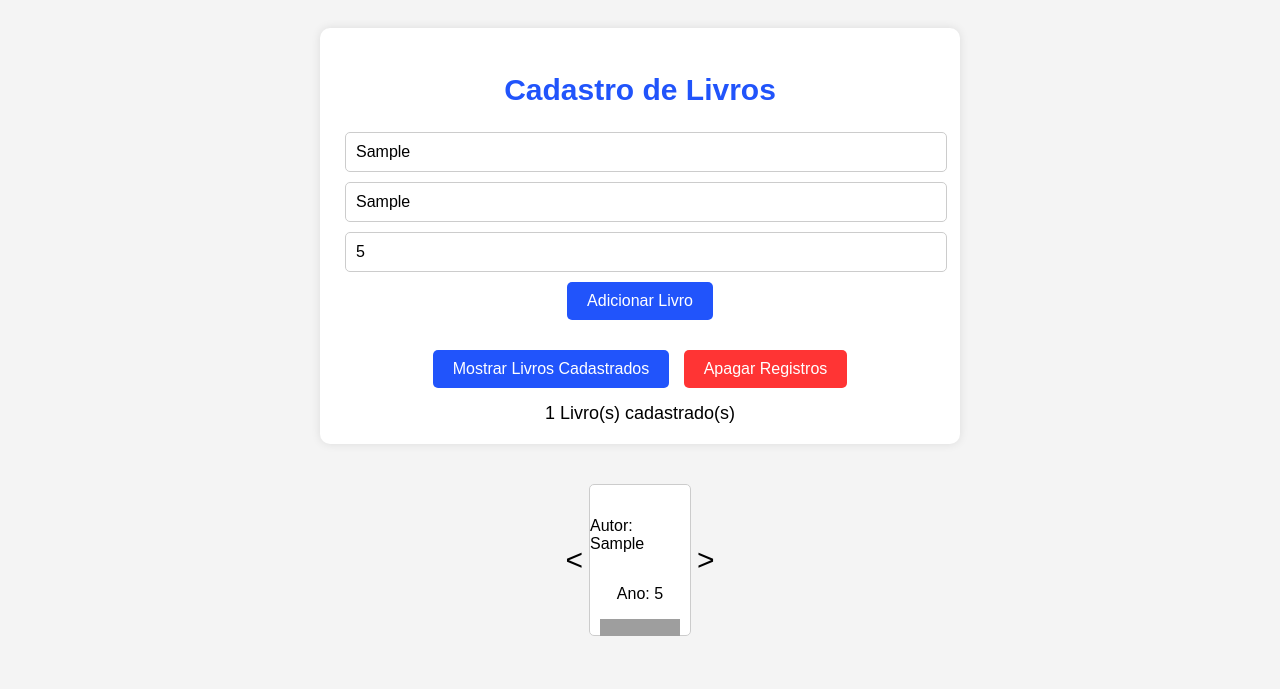
Repository: Matheus904-12/JS-BIN
Page: index.html
The author's editor kept a copy of each file at every save. The page is drawn from the files as they stood at one save, then again after the next save.
The browser window is 1280 px wide. The pictures show the whole page.
Empty fields were first filled with sample values (such as "Sample", 5 or name@example.com).
After loading, the first visible `#adicionar` was clicked once.
Pictures or frames that could not be fetched are drawn as grey boxes.

Above is the page before, as saved 2023-09-10 21:16:52.

### index.html
<!DOCTYPE html>
<html lang="pt-br">

<head>
    <meta charset="UTF-8">
    <meta name="viewport" content="width=device-width, initial-scale=1.0">
    <title>Biblioteca</title>
    <link rel="stylesheet" href="style.css">
</head>

<body>
    <section class="container">
        <h1 class="titulo">Cadastro de Livros</h1>
        <div class="formulario">
            <input class="input" id="nome" placeholder="Título do Livro" type="text">
            <input class="input" id="autor" placeholder="Autor" type="text">
            <input class="input" id="ano" placeholder="Ano de Publicação" type="number">
            <button class="botao" id="adicionar">Adicionar Livro</button>
        </div>
        <div class="botoes">
            <button class="botao" id="mostrar">Mostrar Livros Cadastrados</button>
            <button class="botao" id="remover">Apagar Registros</button>
        </div>
        <div id="information" class="informacao"></div>
    </section>

    <section class="carrossel">
        <button class="seta" id="ante">&lt;</button>
        <div id="livros" class="livros-box"></div>
        <button class="seta" id="prox">&gt;</button>
    </section>

    <script src="script.js"></script>
</body>

</html>

### style.css
/* Adicione este CSS ao seu arquivo style.css */

body {
    font-family: Arial, sans-serif;
    background-color: #f4f4f4;
    display: flex;
    flex-direction: column;
    align-items: center;
}

.container {
    background-color: #fff;
    border-radius: 10px;
    padding: 20px;
    margin: 20px;
    text-align: center;
    max-width: 600px;
    box-shadow: 0 0 10px rgba(0, 0, 0, 0.1);
}

.titulo {
    font-size: 30px;
    margin-bottom: 20px;
    color: #2154fb;
}

.formulario {
    margin-bottom: 20px;
}

.input {
    padding: 10px;
    margin: 5px;
    width: calc(100% - 20px);
    border: 1px solid #ccc;
    border-radius: 5px;
    font-size: 16px;
}

.botao {
    padding: 10px 20px;
    margin: 5px;
    border: none;
    border-radius: 5px;
    font-size: 16px;
    cursor: pointer;
}

.botao#adicionar {
    background-color: #2154fb;
    color: #fff;
}

.botao#mostrar {
    background-color: #2154fb;
    color: #fff;
}

.botao#remover {
    background-color: #ff3434;
    color: #fff;
}

.informacao {
    font-size: 18px;
    margin-top: 10px;
}

.carrossel {
    display: flex;
    align-items: center;
    margin-top: 20px;
}

.livros-box {
    display: flex;
    gap: 10px;
    overflow-x: auto;
}

.livro {
    width: 100px;
    height: 150px;
    background-color: #fff;
    border: 1px solid #ccc;
    border-radius: 5px;
    display: flex;
    flex-direction: column;
    justify-content: center;
    align-items: center;
}

.livro img {
    max-width: 80px;
    max-height: 100px;
    object-fit: cover;
}

.seta {
    font-size: 30px;
    background-color: transparent;
    border: none;
    cursor: pointer;
}

.seta:focus {
    outline: none;
}

### script.js
const ESTANTE = [];
const IMAGENS = [];

function cadastrar(titulo, autor, ano) {
    let livro = {
        tituloLivro: titulo,
        autorLivro: autor,
        anoPub: ano
    }
    ESTANTE.push(livro);
}

let addButton = document.getElementById('adicionar');
let showButton = document.getElementById('mostrar');
let removeButton = document.getElementById('remover');
let prevButton = document.getElementById('ante');
let nextButton = document.getElementById('prox');
let indice = 0;
let info = document.getElementById('information');

addButton.addEventListener("click", () => {
    let titulo = document.querySelector('#nome').value;
    let autor = document.querySelector('#autor').value;
    let ano = document.querySelector('#ano').value;
    cadastrar(titulo, autor, ano);
    let imgsGuardadas = ['img/img1.png', 'img/img2.png', 'img/img3.png'];
    IMAGENS.push(imgsGuardadas[indice]);
    let livrosBox = document.getElementById('livros');
    let novoLivro = document.createElement('div');
    novoLivro.classList.add('livro');
    novoLivro.innerHTML = `<h3>${titulo}</h3><p>Autor: ${autor}</p><p>Ano: ${ano}</p><img src="${IMAGENS[indice]}" alt="${titulo}">`;
    livrosBox.appendChild(novoLivro);
    ++indice;
    info.innerHTML = `${IMAGENS.length} Livro(s) cadastrado(s)`;
});

showButton.addEventListener("click", () => {
    for (let item of ESTANTE) {
        let novo = document.createElement('h2');
        novo.innerHTML = `Livro: ${item.tituloLivro}, Autor(a): ${item.autorLivro}, Ano: ${item.anoPub}`;
        let livrosBox = document.getElementById('livros');
        let novoLivro = document.createElement('div');
        novoLivro.classList.add('livro');
        novoLivro.innerHTML = `<h3>${item.tituloLivro}</h3><p>Autor: ${item.autorLivro}</p><p>Ano: ${item.anoPub}</p><img src="img/default.png" alt="${item.tituloLivro}">`;
        livrosBox.appendChild(novoLivro);
    }
});

removeButton.addEventListener("click", () => {
    let livrosBox = document.getElementById('livros');
    livrosBox.innerHTML = "";
    ESTANTE.length = 0;
    IMAGENS.length = 0;
    info.innerHTML = "Nenhum livro cadastrado";
    indice = 0;
});

let i = 0
let img = document.getElementById('img');

prevButton.addEventListener('click', () => {
    if (i > 0) {
        img.src = IMAGENS[--i];
    }
});

nextButton.addEventListener('click', () => {
    if (i < IMAGENS.length - 1) {
        img.src = IMAGENS[++i];
    }
});

After the next save:
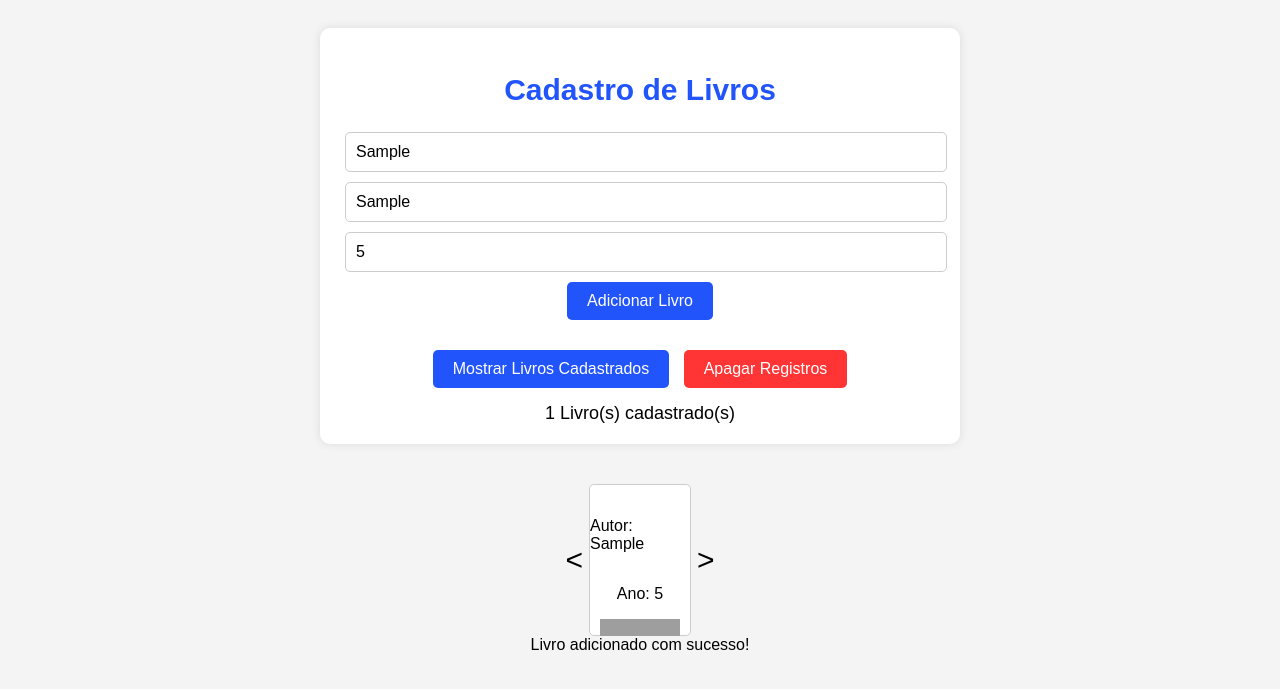
Saved 5 min 50 s later.
--- a/script.js
+++ b/script.js
@@ -32,6 +32,18 @@ addButton.addEventListener("click", () => {
     livrosBox.appendChild(novoLivro);
     ++indice;
     info.innerHTML = `${IMAGENS.length} Livro(s) cadastrado(s)`;
+
+    let mensagem = document.createElement('div');
+    mensagem.classList.add('mensagem');
+    mensagem.innerHTML = 'Livro adicionado com sucesso!';
+    document.body.appendChild(mensagem);
+
+    setTimeout(() => {
+        mensagem.style.opacity = 0;
+        setTimeout(() => {
+            mensagem.remove();
+        }, 1000);
+    }, 3000);
 });
 
 showButton.addEventListener("click", () => {
